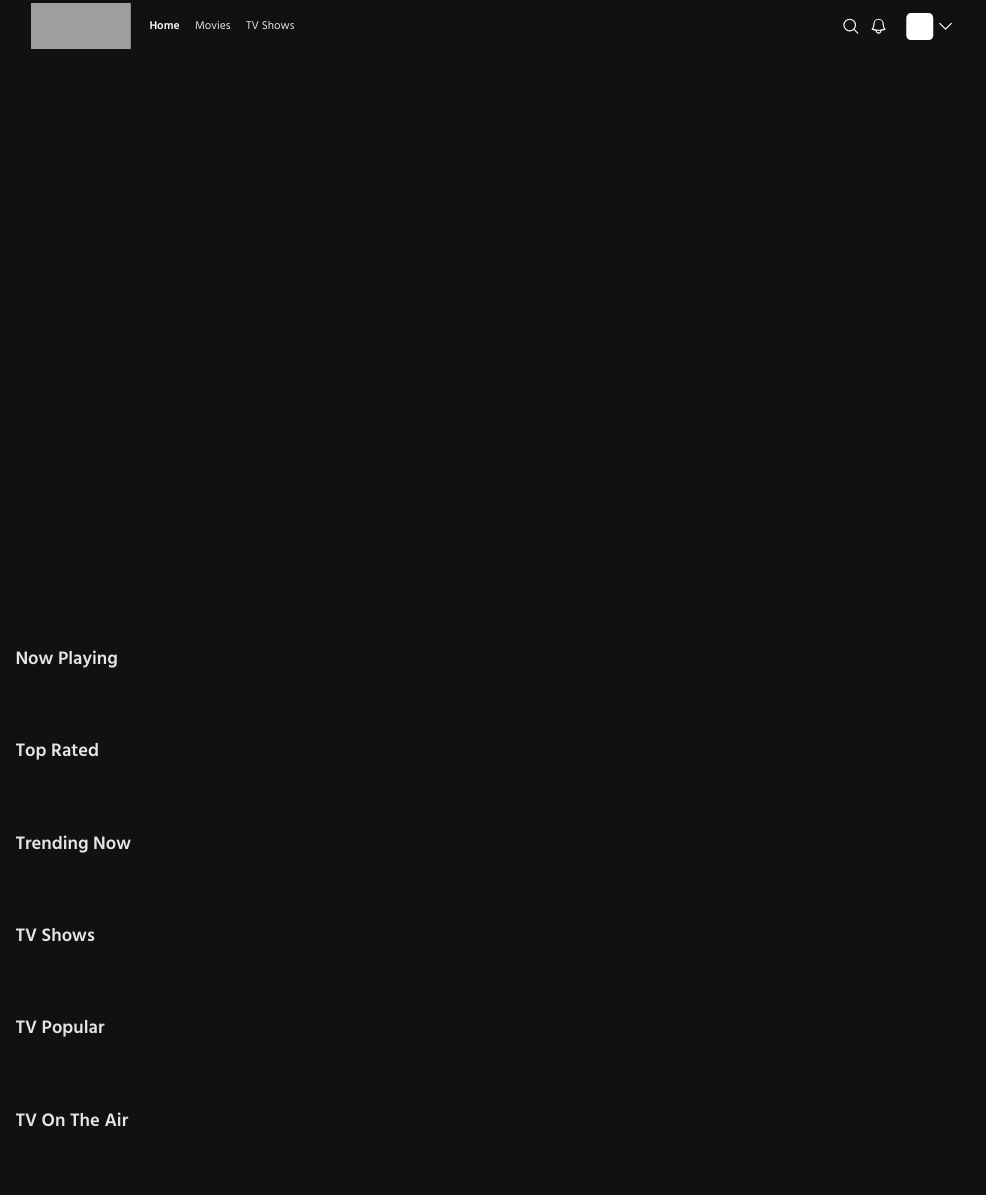
Repository: quynguyenn97/react-movie-app
Page: /
The author's editor kept a copy of each file at every save. The page is drawn from the files as they stood at one save, then again after a run of saves.
The browser window is 1280 px wide. The pictures show the part of the page from y = 0 to 1552 px (the page is 2060 px tall before and 2052 px after), at 77% of full size.
Pictures or frames that could not be fetched are drawn as grey boxes. The page's requests for data from a server got no answer. The project was rebuilt for these pictures with package versions that can differ from the ones it lists, and the page was loaded fresh each time. No one was signed in, and anything a server would have sent is missing. Also part of the build but not shown: src/banner/Banner.scss, src/hook/useDebounce.js, src/components/button/Button.js, src/components/shows/ShowsCard.js, src/pages/ShowPage.js, src/pages/ShowDetailPage.js, src/components/movie/MovieCard.scss.

Above is the page before, as saved 2022-10-18 22:33:33.

After the next 2 saves:
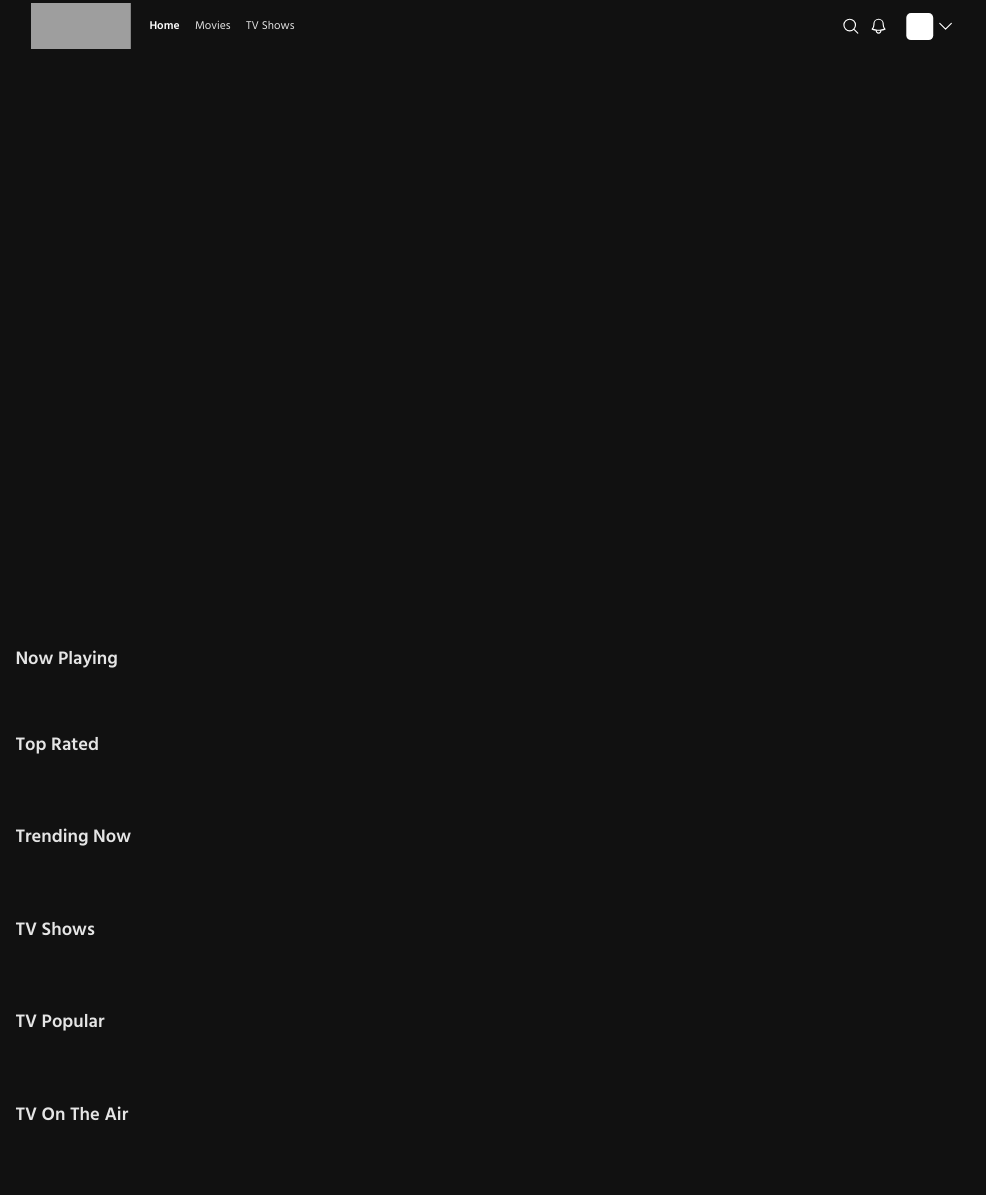
The 2 saves are shown as one change because they came seconds apart.
The last was saved 7 min 17 s later.
--- a/src/pages/HomePage.js
+++ b/src/pages/HomePage.js
@@ -6,7 +6,7 @@ const HomePage = () => {
     return (
         <Fragment>
             <section className="movies-layout px-5 pb-20">
-                <h2 className="text-[#e5e5e5] capitalize text-2xl mb-2 sm:text-2xl font-bold">
+                <h2 className="text-[#e5e5e5] capitalize text-2xl  sm:text-2xl font-bold">
                     Now playing
                 </h2>
                 <MovieList></MovieList>
